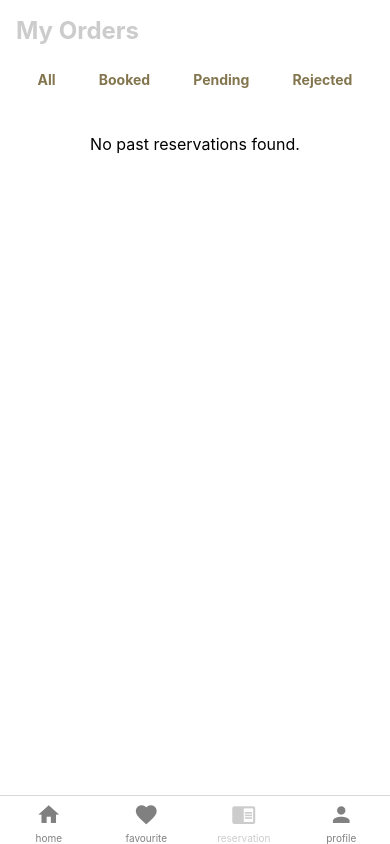
Repository: TemoshoS/restaurant-app
Screen: /reservation
These files come from the project's save history. The screen is drawn as it stood at one moment and after a run of saves; the edit follows.
The page's requests for data from a server got no answer. The app was drawn by React Native's web renderer in a window 390 px wide. The project was rebuilt for these pictures with package versions that can differ from the ones it lists, and the page was loaded fresh each time. No one was signed in, and anything a server would have sent is missing. Also part of the build but not shown: Screens/LoginScreen.js, Screens/RegisterScreen.js, components/navbar.js, components/search.js, Screens/RestaurantScreen.js, Screens/RestaurantDetailsScreen.js, Screens/MenuScreen.js, Screens/ReservationScreen.js and 5 more.

Above is the screen before, as saved 2024-01-04 12:03:24.

### App.js
// Import necessary components and modules
import React, { useEffect, useState } from 'react';
import { StyleSheet } from 'react-native';
import { NavigationContainer } from '@react-navigation/native';
import { createStackNavigator } from '@react-navigation/stack';
import { createBottomTabNavigator } from '@react-navigation/bottom-tabs';
import LoginScreen from './Screens/LoginScreen';
import HomeScreen from './Screens/HomeScreen';
import RegisterScreen from './Screens/RegisterScreen';
import RestaurantScreen from './Screens/RestaurantScreen';
import RestaurantDetailsScreen from './Screens/RestaurantDetailsScreen';
import MenuScreen from './Screens/MenuScreen';
import ReservationScreen from './Screens/ReservationScreen';
import PastReserevationScreen from './Screens/PastReserevationScreen';
import ProfileScreen from './Screens/ProfileScreen';
import store from './store/store';
import { Provider } from 'react-redux';
import MaterialCommunityIcons from 'react-native-vector-icons/MaterialCommunityIcons';
import FavoriteRestaurantScreen from './Screens/FavoriteRestaurantScreen';
import ForgotPasswordScreen from './Screens/ForgotPasswordScreen'
import Dashboard from './Screens/Dashboard';
import EditProfileScreen from './Screens/editProfileScreen';
import { auth } from './config/firebase';

const Stack = createStackNavigator();
const Tab = createBottomTabNavigator();

export default function App() {
  const [isAdmin, setIsAdmin] = useState(false);

  useEffect(() => {
    const checkAdminStatus = async () => {
      const user = auth.currentUser;
      const isAdminUser = user ? user.email === 'temosho@admin.co' : false;
      setIsAdmin(isAdminUser);
      console.log('isAdmin:', isAdminUser);
    };

    checkAdminStatus();
  }, []);

  function MainStack() {
    return (
      <Stack.Navigator initialRouteName='Welcome'>
        <Stack.Screen name="Restaurants" component={RestaurantScreen} options={{ headerShown: false }} />
        <Stack.Screen name='Welcome' component={HomeScreen} options={{ headerShown: false }} />
        <Stack.Screen name='editProfile' component={EditProfileScreen} options={{ headerShown: true }} />
        <Stack.Screen name='Login' component={LoginScreen} options={{ headerShown: false }} />
        <Stack.Screen name='Register' component={RegisterScreen} options={{ headerShown: false }} />
        <Stack.Screen name='Restaurant info' component={RestaurantDetailsScreen} options={{
          headerShown: true,
          headerStyle: {
            backgroundColor: '#fff',
          },
          headerTitle: 'Back',
          headerTitleStyle: {
            color: '#ccc',
            fontWeight: 'bold',
            fontSize: 18,
          },
          headerTintColor: '#F3EEEA',
          headerBackTitleVisible: false,
          headerBackImage: () => (
            <MaterialCommunityIcons name="arrow-left" size={24} color="#ccc" />
          ),
        }}  />
        <Stack.Screen name='Menu' component={MenuScreen} options={{
          headerShown: false,
          headerStyle: {
            backgroundColor: '#fff',
          },
          headerTitle: 'Back',
          headerTitleStyle: {
            color: '#ccc',
            fontWeight: 'bold',
            fontSize: 18,
          },
          headerTintColor: '#ccc',
          headerBackTitleVisible: false,
          headerBackImage: () => (
            <MaterialCommunityIcons name="arrow-left" size={24} color="#F3EEEA" />
          ),
        }} />
        {!isAdmin && (
          <Stack.Screen name='ReservationScreen' component={ReservationScreen} options={{
            headerShown: false,
            headerStyle: {
              backgroundColor: '#fff',
            },
            headerTitle: 'Back',
            headerTitleStyle: {
              color: '#ccc',
              fontWeight: 'bold',
              fontSize: 18,
            },
            headerTintColor: '#ccc',
            headerBackTitleVisible: false,
            headerBackImage: () => (
              <MaterialCommunityIcons name="arrow-left" size={24} color="ccc" />
            ),
          }}/>
        )}
        <Stack.Screen name='profile' component={ProfileScreen} options={{ headerShown: false }} />
        <Stack.Screen name='dashboard' component={Dashboard} options={{ headerShown: false }} />
        <Stack.Screen name='login' component={ForgotPasswordScreen} options={{ headerShown: true}} />
      </Stack.Navigator>
    );
  }

  function TabNavigator() {


    return (
      <Tab.Navigator
        tabBarOptions={{
          activeTintColor: '#ccc',
          inactiveTintColor: 'gray',
        }}
      >
        <Tab.Screen
          name="home"
          component={MainStack}
          options={{
            headerShown: false,
            tabBarIcon: ({ color, size }) => (
              <MaterialCommunityIcons name="home" color={color} size={size} />
            ),
          }}
        />
        {!isAdmin && (
          <Tab.Screen
            name="favourite"
            component={FavoriteRestaurantScreen}
            options={{
              headerShown: false,
              tabBarIcon: ({ color, size }) => (
                <MaterialCommunityIcons name="heart" color={color} size={size} />
              ),
            }}
          />
        )}
        {!isAdmin && (
          <Tab.Screen
            name="reservation"
            component={PastReserevationScreen}
            options={{
              headerShown: false,
              tabBarIcon: ({ color, size }) => (
                <MaterialCommunityIcons name="book-open" color={color} size={size} />
              ),
            }}
          />
        )}
        <Tab.Screen
          name="profile"
          component={ProfileScreen}
          options={{
            headerShown: false,
            tabBarIcon: ({ color, size }) => (
              <MaterialCommunityIcons name="account" color={color} size={size} />
            ),
          }}
        />
      </Tab.Navigator>
    );
  }

  return (
    <Provider store={store}>
      <NavigationContainer>
        <TabNavigator />
      </NavigationContainer>
    </Provider>
  );
}

const styles = StyleSheet.create({
  container: {
    flex: 1,
    backgroundColor: 'black',
    alignItems: 'center',
    justifyContent: 'center',
  },
});

### Screens/HomeScreen.js
import { StyleSheet, Text, View, Image, TouchableOpacity } from 'react-native'
import { useState, useEffect } from 'react';
import { FontAwesome } from '@expo/vector-icons';
import { getAuth, onAuthStateChanged } from 'firebase/auth';
import { useNavigation } from '@react-navigation/native';


const HomeScreen = () => {
    const [user, setUser] = useState(null);
    const navigation = useNavigation();

    useEffect(() => {
        const auth = getAuth();


        const unsubscribe = onAuthStateChanged(auth, (authUser) => {
          if (authUser) {
            setUser(authUser);
          } else {
            setUser(null);
          }
        });

        return () => unsubscribe();
      }, []);




  return (
      <View style={styles.container}>

          <View >
              <FontAwesome style={styles.circle} name="circle" size={140} color="#D9D9D9" />
          </View>

          <Image
              source={require('../assets/cartoon-1299636_1920.png')}
              style={{ width: 200, height: 265.56 }}
          />


          <Text style={styles.welcomeTxt}>Welcome!</Text>
          <Text style={styles.dineTxt}>Dine with your friends</Text>


          <View>
              <TouchableOpacity
                  style={styles.getButton}
                  onPress={() => {
                      if (user) {
                          navigation.navigate('Restaurants')
                      } else {
                          navigation.navigate('Login')
                      }
                  }}
              >
                  <Text style={styles.getTxt}>Get started</Text>

              </TouchableOpacity>
          </View>

      </View>
  )
}

export default HomeScreen

const styles = StyleSheet.create({
    container:{
        flex:1,

        height: 932,
        justifyContent: 'center',
        alignItems:'center',
        backgroundColor: '#fff',
    },
    circle:{
        marginLeft: 370,
        marginTop: -160,

    },
    welcomeTxt:{
        fontSize: 64,
        fontFamily: 'italiana',
        marginTop: 100,
        color: 'gray',

    },
    dineTxt:{
        fontSize: 20,
        fontFamily: 'Nothing You Could Do',
        marginBottom: 150,
        color: '#ccc',

    },
    getButton:{
        alignItems: 'center',
        justifyContent: 'center',
        backgroundColor: '#ccc',
        width: 250,
        height: 60,
        borderRadius: 30
    },
    getTxt:{
        color: '#fff',
        fontSize: 20,
        fontWeight:'bold'
    }
})

### Screens/PastReserevationScreen.js
import React, { useEffect, useState } from 'react';
import { connect } from 'react-redux';
import { fetchPastReservations } from '../actions/reserveAction';
import { StyleSheet, Text, View, ScrollView, TouchableOpacity } from 'react-native';
import { Table, Row } from 'react-native-table-component';
import { getAuth, onAuthStateChanged } from 'firebase/auth';

const PastReservationScreen = ({ pastReservations, fetchPastReservations }) => {
  const [currentUserId, setCurrentUserId] = useState(null);
  const [filterStatus, setFilterStatus] = useState(null);

  useEffect(() => {
    const auth = getAuth();
    const unsubscribe = onAuthStateChanged(auth, (user) => {
      if (user) {
        setCurrentUserId(user.uid);
        fetchPastReservations(user.uid);
      } else {
        setCurrentUserId(null);
      }
    });

    return () => unsubscribe();
  }, [fetchPastReservations]);

  const getStatusColor = (status) => {
    switch (status) {
      case 'booked':
        return 'green';
      case 'canceled':
        return 'red';
        case 'pending':
          return 'yellow';
          case 'rejected':
        return 'red';
      default:
        return '#E7E6E1';
    }
  };

  const handleFilter = (status) => {
    setFilterStatus(status);
  };

  const filteredReservations = filterStatus
    ? pastReservations.filter((reservation) => reservation.status === filterStatus)
    : pastReservations;

  return (
    <ScrollView style={styles.container}>
      <Text style={styles.title}>My Orders</Text>
    <View style={styles.filterButtonsContainer}>
      <TouchableOpacity
        style={styles.filterButton}
        onPress={() => handleFilter(null)}
      >
        <Text style={styles.filterButtonText}>All</Text>
      </TouchableOpacity>
      <TouchableOpacity
        style={styles.filterButton}
        onPress={() => handleFilter('booked')}
      >
        <Text style={styles.filterButtonText}>Booked</Text>
      </TouchableOpacity>
      <TouchableOpacity
        style={styles.filterButton}
        onPress={() => handleFilter('pending')}
      >
        <Text style={styles.filterButtonText}>Pending</Text>
      </TouchableOpacity>
      <TouchableOpacity
        style={styles.filterButton}
        onPress={() => handleFilter('rejected')}
      >
        <Text style={styles.filterButtonText}>Rejected</Text>
      </TouchableOpacity>
    </View>


    {filteredReservations.length > 0 ? (
      <View style={styles.tableContainer}>
        <Table borderStyle={{ borderWidth: 1, borderColor: '#C1C0B9' }}>
          {filteredReservations.map((reservation, index) => (
            <View key={index} style={styles.reservationCard}>
            <View style={styles.cardHeader}>
              <Text style={styles.reservationDate}>
                {reservation.dateTime}
                {/* {new Date(reservation.selectedDate.seconds * 1000).toLocaleDateString()} */}
              </Text>
              <Text style={styles.restaurantName}>{reservation.restName}</Text>
            </View>

            <Row
              data={['Location:', reservation.restLocation]}
              style={styles.tableRow}
              textStyle={styles.info}
            />
            <Row
              data={['Full Name:', reservation.fullName]}
              style={styles.tableRow}
              textStyle={styles.info}
            />
            <Row
              data={['Phone Number:', reservation.phone]}
              style={styles.tableRow}
              textStyle={styles.info}
            />
            <Row
              data={['Occasion:', reservation.occasion]}
              style={styles.tableRow}
              textStyle={styles.info}
            />
            <Row
              data={['Number of Guests:', reservation.numOfGuests]}
              style={styles.tableRow}
              textStyle={styles.info}
            />
            <Row
              data={['Status:', reservation.status]}
              style={[styles.tableRow, { backgroundColor: getStatusColor(reservation.status) }]}
              textStyle={styles.info}
            />
            {reservation.status === 'rejected' && (
              <Row
                data={['Reason:', reservation.reason]}
                style={styles.tableRow}
                textStyle={styles.info}
              />
            )}
          </View>
        ))}
      </Table>
    </View>
  ) : (
    <Text style={styles.emptyMessage}>No past reservations found.</Text>
  )}
</ScrollView>

  );
};

const mapStateToProps = (state) => ({
  pastReservations: state.reservation.pastReservations,
});

export default connect(mapStateToProps, { fetchPastReservations })(PastReservationScreen);

const styles = StyleSheet.create({
  container: {
    flex: 1,
    padding: 16,
    backgroundColor: '#fff',
  },
  filterButtonsContainer: {
    flexDirection: 'row',
    justifyContent: 'space-around',
    marginBottom: 16,
  },
  filterButton: {
    padding: 10,
    backgroundColor: '#fff',
    borderRadius: 5,
  },
  filterButtonText: {
    fontWeight: 'bold',
    color: '#83764F',
  },
  tableContainer: {
    marginTop: 16,
  },
  title: {
    fontSize: 24,
    fontWeight: 'bold',
    marginBottom: 16,
    color: '#ccc',
  },
  reservationCard: {
    backgroundColor: '#F3EEEA',
    borderRadius: 8,
    padding: 16,
    marginBottom: 16,
    shadowColor: '#000',
    shadowOffset: { width: 0, height: 2 },
    shadowOpacity: 0.2,
    shadowRadius: 4,
    elevation: 5,
  },
  cardHeader: {
    flexDirection: 'row',
    justifyContent: 'space-between',
    marginBottom: 12,

  },
  reservationDate: {
    fontSize: 18,
    color: '#83764F',
    fontWeight: 'bold',
  },
  restaurantName: {
    fontSize: 18,
    color: '#83764F',
    fontWeight: 'bold',
  },
  tableRow: {
    height: 40,
    backgroundColor: '#E7E6E1',
  },
  info: {
    fontSize: 16,
    textAlign: 'center',
  },
  emptyMessage: {
    fontSize: 16,
    textAlign: 'center',
    marginTop: 20,
  },
});

### store/store.js
import { createStore, applyMiddleware, combineReducers } from 'redux';
import thunk from 'redux-thunk';
import restaurantsReducer from '../reducers/restaurantsReducer';
import reserveReducer from '../reducers/reserveReducer';
import authReducer from '../reducers/authReducer';
import favoriteRestaurantsReducer from '../reducers/favoriteRestaurantsReducer';


const rootReducer = combineReducers({
  restaurants: restaurantsReducer,
  reservation: reserveReducer,
  auth: authReducer,
  favoriteRestaurants: favoriteRestaurantsReducer,

});

const store = createStore(rootReducer, applyMiddleware(thunk));

export default store;

### config/firebase.js
// Import the functions you need from the SDKs you need
import { initializeApp } from "firebase/app";
import { getAnalytics } from "firebase/analytics";

import {getAuth} from 'firebase/auth';
import {getFirestore} from 'firebase/firestore'
// TODO: Add SDKs for Firebase products that you want to use
// https://firebase.google.com/docs/web/setup#available-libraries

// Your web app's Firebase configuration
// For Firebase JS SDK v7.20.0 and later, measurementId is optional
const firebaseConfig = {
  apiKey: "AIzaSyDa4_cUmrR60k82VypxJ_US-F7FEiItCL4",
  authDomain: "restaurant-app-da7bc.firebaseapp.com",
  projectId: "restaurant-app-da7bc",
  storageBucket: "restaurant-app-da7bc.appspot.com",
  messagingSenderId: "598136487640",
  appId: "1:598136487640:web:f77577fdc1710db8c1a1ad",
  measurementId: "G-6D4DHL06Z0"
};

// Initialize Firebase
const app = initializeApp(firebaseConfig);
const analytics = getAnalytics(app);

const auth = getAuth(app)
const db = getFirestore(app)
export {auth, db}

### actions/authActions.js
import { sendPasswordResetEmail } from 'firebase/auth';
import { auth } from '../config/firebase';
import { getAuth, onAuthStateChanged, signOut } from 'firebase/auth';
export const LOGIN_SUCCESS = 'LOGIN_SUCCESS';
export const REGISTER_SUCCESS = 'REGISTER_SUCCESS';
export const FORGOT_PASSWORD_REQUEST = 'FORGOT_PASSWORD_REQUEST';
export const FORGOT_PASSWORD_SUCCESS = 'FORGOT_PASSWORD_SUCCESS';
export const FORGOT_PASSWORD_FAILURE = 'FORGOT_PASSWORD_FAILURE';
export const LOGOUT = 'LOGOUT';

export const loginSuccess = (user) => ({
  type: LOGIN_SUCCESS,
  payload: user,
});

export const registerSuccess = (user) => ({
  type: REGISTER_SUCCESS,
  payload: user,
});

export const forgotPasswordRequest = () => ({
  type: FORGOT_PASSWORD_REQUEST,
});

export const forgotPasswordSuccess = () => ({
  type: FORGOT_PASSWORD_SUCCESS,
});

export const forgotPasswordFailure = (error) => ({
  type: FORGOT_PASSWORD_FAILURE,
  payload: error,
});

export const forgotPassword = (email) => {
  return async (dispatch) => {
    dispatch(forgotPasswordRequest());

    try {
      await sendPasswordResetEmail(auth, email);
      dispatch(forgotPasswordSuccess());
    } catch (error) {
      dispatch(forgotPasswordFailure(error));
    }
  };
};

export const logout = () => ({
  type: LOGOUT,
});

### actions/restaurant.js
import { db } from "../config/firebase";
import { collection ,getDocs} from "firebase/firestore";

export const FETCH_RESTAURANTS = 'FETCH_RESTAURANTS';

export const fetchRestaurants = () => {
  return async (dispatch) => {
    const restaurantsCollection = collection(db, 'restaurants');
    const snapshot = await getDocs(restaurantsCollection);
    const restaurants = [];
    snapshot.forEach((doc) => {
      restaurants.push(doc.data());
    });
    dispatch({ type: FETCH_RESTAURANTS, payload: restaurants });
  };
};

### actions/reserveAction.js
import { db } from "../config/firebase";
import { collection, addDoc, getDocs, query, where } from "firebase/firestore";

export const RESERVE_SUCCESS = "RESERVE_SUCCESS";
export const RESERVE_FAILURE = "RESERVE_FAILURE";
export const FETCH_ALL_RESERVATIONS = 'FETCH_ALL_RESERVATIONS';
export const FETCH_PAST_RESERVATIONS = 'ETCH_PAST_RESERVATIONS';


export const reserveTable = (reservationData) => {
  return async (dispatch) => {
    try {
      // Save the reservation data to Firestore
      const ordersCollection = collection(db, "Orders");
      const docRef = await addDoc(ordersCollection, reservationData);


      dispatch({ type: RESERVE_SUCCESS, payload: docRef });
    } catch (error) {

      dispatch({ type: RESERVE_FAILURE, payload: error.message });
    }
  };
};

export const fetchPastReservations = (userId) => {
  return async (dispatch) => {
    try {

      //query to fetch reservations based on the userId
      const reservationsCollection = collection(db, 'Orders');
      const userQuery = query(reservationsCollection, where('userId', '==', userId));

      const snapshot = await getDocs(userQuery);

      const pastReservations = [];
      snapshot.forEach((doc) => {
        pastReservations.push(doc.data());
      });


      dispatch({ type: FETCH_PAST_RESERVATIONS, payload: pastReservations });
    } catch (error) {
      // Handle errors
      console.error('Error fetching past reservations:', error);
    }
  };
}


export const fetchAllReservations = () => {
  return async (dispatch) => {
    try {
      // Query to fetch all reservations
      const reservationsCollection = collection(db, 'Orders');
      const snapshot = await getDocs(reservationsCollection);
      const allReservations = [];

      snapshot.forEach((doc) => {
        allReservations.push(doc.data());
      });

      dispatch({ type: FETCH_ALL_RESERVATIONS, payload: allReservations });
    } catch (error) {
      console.error('Error fetching all reservations:', error);
    }
  };
};

### reducers/restaurantsReducer.js
import { FETCH_RESTAURANTS } from "../actions/restaurant";


const initialState = {
    restaurants: [],
};

const restaurantsReducer = (state = initialState, action) =>{

    switch (action.type) {
        case FETCH_RESTAURANTS:
          return { ...state, restaurants: action.payload };
        default:
          return state;
      }


};

export default restaurantsReducer;

### reducers/reserveReducer.js
import { RESERVE_SUCCESS, RESERVE_FAILURE, FETCH_PAST_RESERVATIONS,FETCH_ALL_RESERVATIONS } from "../actions/reserveAction";

const initialState = {
  reservationSuccess: null,
  reservationError: null,
  pastReservations: [],
  allReservations: [],
  loading: false,
};

const reserveReducer = (state = initialState, action) => {
  switch (action.type) {
    case RESERVE_SUCCESS:
      return { ...state, reservationSuccess: action.payload, reservationError: null };
    case RESERVE_FAILURE:
      return { ...state, reservationSuccess: null, reservationError: action.payload };
    case FETCH_PAST_RESERVATIONS:
      return { ...state, pastReservations: action.payload };
      case FETCH_ALL_RESERVATIONS:
        return { ...state, allReservations: action.payload, loading: false };
    default:
      return state;
  }
};

export default reserveReducer;

### reducers/authReducer.js
import {
  LOGIN_SUCCESS,
  REGISTER_SUCCESS,
  LOGOUT ,
  FORGOT_PASSWORD_REQUEST,
  FORGOT_PASSWORD_SUCCESS,
  FORGOT_PASSWORD_FAILURE,} from '../actions/authActions';

const initialState = {
  user: null,
  isAuthenticated: false,
  forgotPasswordLoading: false,
  forgotPasswordSuccess: false,
  forgotPasswordError: null,

};

const authReducer = (state = initialState, action) => {
  switch (action.type) {
    case LOGIN_SUCCESS:
    case REGISTER_SUCCESS:
      return {
        ...state,
        user: action.payload,
        isAuthenticated: true,
      };
      case FORGOT_PASSWORD_REQUEST:
        return {
          ...state,
          forgotPasswordLoading: true,
          forgotPasswordSuccess: false,
          forgotPasswordError: null,
        };
      case FORGOT_PASSWORD_SUCCESS:
        return {
          ...state,
          forgotPasswordLoading: false,
          forgotPasswordSuccess: true,
          forgotPasswordError: null,
        };
      case FORGOT_PASSWORD_FAILURE:
      return {
        ...state,
        forgotPasswordLoading: false,
        forgotPasswordSuccess: false,
        forgotPasswordError: action.payload,
      };
    case LOGOUT:
      return {
        ...state,
        user: null,
        isAuthenticated: false,
      };
    default:
      return state;
  }
};

export default authReducer;

### reducers/favoriteRestaurantsReducer.js
import { FETCH_FAV_RESTAURANTS } from "../actions/favoriteRestaurantActions";


const initialState = {
    favRestaurants: [],
};

const favRestaurantsReducer = (state = initialState, action) =>{

    switch (action.type) {
        case FETCH_FAV_RESTAURANTS:
          return { ...state, favRestaurants: action.payload };
        default:
          return state;
      }


};

export default favRestaurantsReducer;

### actions/favoriteRestaurantActions.js
import { db } from "../config/firebase";
import { collection ,getDocs} from "firebase/firestore";

export const FETCH_FAV_RESTAURANTS = 'FETCH_FAV_RESTAURANTS';

export const fetchFavouriteRestaurants = () => {
  return async (dispatch) => {
    const restaurantsCollection = collection(db, 'favouriteRestaurants');
    const snapshot = await getDocs(restaurantsCollection);
    const favRestaurants = [];
    snapshot.forEach((doc) => {
      favRestaurants.push(doc.data());
    });
    dispatch({ type: FETCH_FAV_RESTAURANTS, payload: favRestaurants });
  };
};

After the next 2 saves:
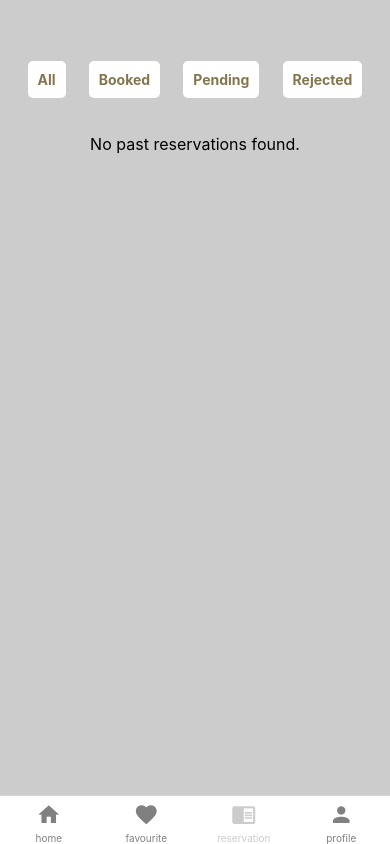
The 2 saves are shown as one change because they came seconds apart.
The last was saved 25 s later.
--- a/Screens/PastReserevationScreen.js
+++ b/Screens/PastReserevationScreen.js
@@ -149,7 +149,7 @@ const styles = StyleSheet.create({
   container: {
     flex: 1,
     padding: 16,
-    backgroundColor: '#fff',
+    backgroundColor: '#ccc',
   },
   filterButtonsContainer: {
     flexDirection: 'row',
